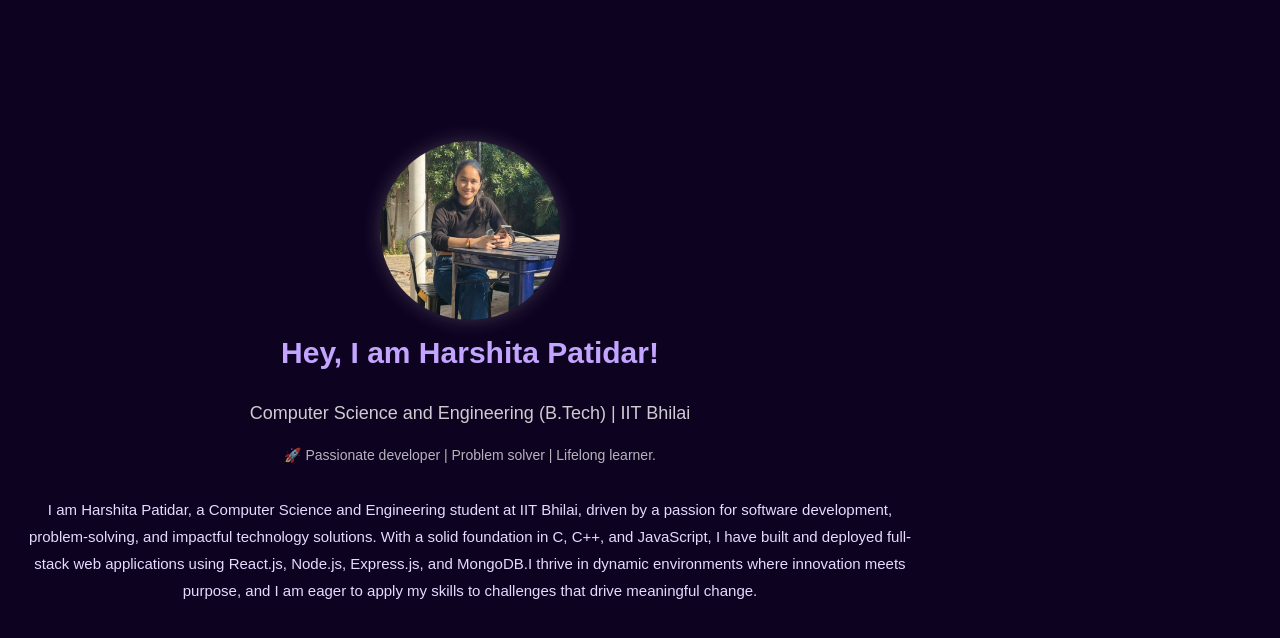
Repository: harshitap1305/Portfolio
Page: /
The author's editor kept a copy of each file at every save. The page is drawn from the files as they stood at one save, then again after the next save.
The browser window is 1280 px wide. The pictures show the whole page.
The project was rebuilt for these pictures with package versions that can differ from the ones it lists, and the page was loaded fresh each time. Also part of the build but not shown: vite.config.js.

Above is the page before, as saved 2025-03-27 17:26:42.

After the next save:
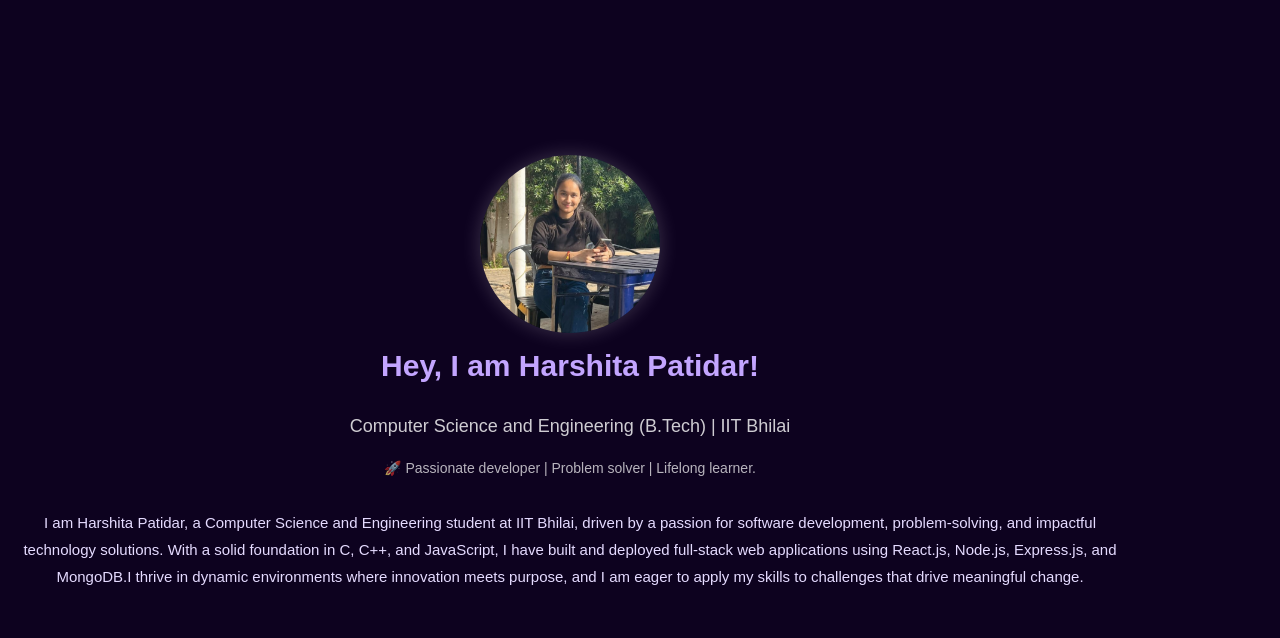
Saved 7 s later.
--- a/src/App.css
+++ b/src/App.css
@@ -41,7 +41,7 @@ body {
 .intro {
   font-size: 15px;
   line-height: 1.8;
-  max-width: 900px;
+  max-width: 1100px;
   text-align: center;
   margin-top: 20px;
   color: #e5dbff;
